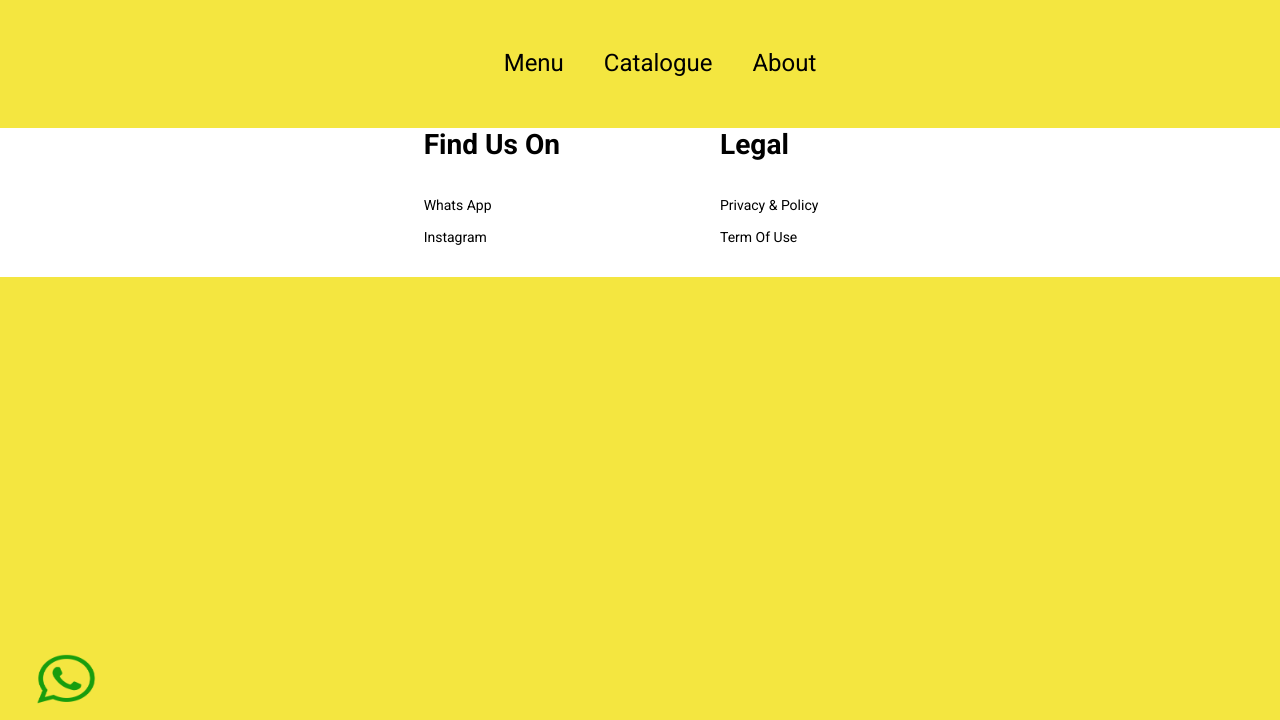
Repository: Fauzaanmhmd/Skripsi
Page: /about
The author's editor kept a copy of each file at every save. The page is drawn from the files as they stood at one save, then again after the next save.
The browser window is 1280 px wide. The pictures show the whole page.
The project was rebuilt for these pictures with package versions that can differ from the ones it lists, and the page was loaded fresh each time. The framework's server and built-in components were replaced by stand-ins that run in the browser. Also part of the build but not shown: next.config.js, components/background.js.

Above is the page before, as saved 2021-06-01 09:17:23.

### pages/about/index.js
import Layout from "../../components/Layout"

export default function About({ recipes }) {
    return (
        <Layout>
        </Layout>

    )
}

### styles/globals.css
@import url('https://fonts.googleapis.com/css2?family=Roboto:ital,wght@0,100;0,300;0,400;0,500;0,700;0,900;1,100;1,300;1,400;1,500;1,700;1,900&display=swap');

body {
  background: #F4E640;
  margin: 0;
  font-family: 'Roboto';
  font-size: 1.5em;
}
.layout {
  min-height: 100vh;
  display: flex;
  flex-direction: column;
}
header {
  text-align: center;
}
header a {
  text-decoration: none;
  color: black;
  text-transform: uppercase;
  display: inline-block;
}
header h1, header h2 {
  margin: 0;
}
header span {
  display: block;
  line-height: 1em;
}
header span:first-child {
  font-size: 1em;
  font-weight: 400;
}
header span:last-child {
  font-size: 1.5em;
  font-weight: 800;
}
header h2 {
  font-size: 1.2em;
  font-weight: 400;
}

.page-content {
  max-width: 1200px;
  margin: 20px auto 80px;
  padding: 0 20px;
  width: 100%;
  box-sizing: border-box;
}

ul{
  list-style-type: none;
  display: flex;
}

.ul_foot {
  display: flex;
  flex-direction: column;
  width: 100%;
}

.socmed {
  display: fixed;
  flex-direction: column;
  bottom: 0;
  left: 0;

}

.ul_foot > li {
  border-bottom: none;
}

.ul_foot >li:hover {
  border-bottom: none;
}
li {
  margin: 20px;
  cursor: pointer;
  border-bottom: 2px solid #F4E640;
}
li:hover {
background-color: transparent;
border-bottom: 2px solid black;
}
.navimg{
  position: absolute;
  left: 20px;
}
.zoom:hover {
  -ms-transform: scale(1.5); /* IE 9 */
  -webkit-transform: scale(1.5); /* Safari 3-8 */
  transform: scale(1.5);
  transition: transform .9s;
}

img {
  width: 550px;
  height: 380px;
  margin: 10px 0 0 0;
  padding: 10px 20px 0px 20px;
  display: flex;
  justify-content: center;
  align-items: center;
  position: relative;
  cursor: pointer;
}

img:hover {
  -ms-transform: scale(1.1); /* IE 9 */
  -webkit-transform: scale(1.1); /* Safari 3-8 */
  transform: scale(1.1);
  transition: transform .9s;
}

.image {
  display: grid;
  grid-template-columns: repeat(2,minmax(0,1fr));
  grid-gap: 5rem;
}

.img_product{
  width: 550px;
  height: 380px;
  margin: auto;
  margin-top: 150px;
  padding: 10px 20px 0px 20px;
  display: flex;
  justify-content: center;
  align-items: center;
  position: relative;
  cursor: pointer;
}

.button {
  cursor : pointer;
  margin: 0 30px;
  padding: 0 20px;
  width: 100px;
}

.button {
  cursor: pointer;
  border-bottom-width: 2px;
  background-color: #4CAF50;
  color: white;
  padding: 12px 20px;
  border: none;
  border-radius: 4px;
  cursor: pointer;
  float: center;
}

.img-bg {
  display: flex;
  background-color: white;
  flex-direction: column;
  justify-content: center;
  align-items: center;
  width: 65%;
  height: 150px;
  margin: -30px 130px 40px 130px;
  grid-template-columns: repeat(2,minmax(0,1fr));
}

.zoom-dropdown:hover {
  -ms-transform: scale(1.5); /* IE 9 */
  -webkit-transform: scale(1.5); /* Safari 3-8 */
  transform: scale(1.5);
  transition: transform .9s;
}

.zoom_wrapper {
  margin-top: 120px;
  width: 100%;
  text-align: center;
}

.form_catalogue {
  display: flex;
  background-color: white;
  flex-direction: column;
  justify-content: center;
  align-items: center;
  width: 100%;
  height: auto;
  margin: 20px 130px 140px 0px;
  border-radius: 20px;
}

section {
  background-color: white;
  padding: 1rem 1rem;
  border-radius: 20px;
}
.input-field {
  background:rgba(255,255,255,0.1);
  margin-bottom:10px;
  margin-top:3px;
  line-height:1.5em;
  font-size:20px;
  font-size:1.3rem;
  border:none;
  padding:5px 10px 5px 10px;
  color:black;
  box-sizing:border-box;
  width:100%;
  margin-left:auto;
  margin-right:auto;
}

* {
  box-sizing: border-box;
}

input[type=text], select, textarea {
  width: 100%;
  padding: 12px;
  border: 1px solid #ccc;
  border-radius: 4px;
  resize: vertical;
}

label {
  padding: 12px 12px 12px 0;
  display: inline-block;
}

input[type=submit] {
  background-color: #4CAF50;
  color: white;
  padding: 12px 20px;
  border: none;
  border-radius: 4px;
  cursor: pointer;
  float: right;
}

input[type=submit]:hover {
  background-color: #45a049;
}

.container {
  border-radius: 5px;
  background-color: #f2f2f2;
  padding: 20px;
}

.col-25 {
  float: left;
  width: 25%;
  margin-top: 6px;
}

.col-75 {
  float: left;
  width: 75%;
  margin-top: 6px;
}

/* Clear floats after the columns */
.row:after {
  content: "";
  display: table;
  clear: both;
}

.form {
  text-align: center;
  margin-top: 130px;
}

.form_button {
  border-bottom-width: 2px;
  background-color: #4CAF50;
  color: white;
  padding: 12px 20px;
  border: none;
  border-radius: 4px;
  cursor: pointer;
  float: right;
}

.swal-title {
  margin: 0px;
  font-size: 16px;
  box-shadow: 0px 1px 1px rgba(0, 0, 0, 0.21);
  margin-bottom: 28px;
}


.navbar {
  display: flex;
  justify-content: center;
  padding: 5px 20px;
  align-items: center;
  background-color: #F4E640;
  flex-direction: column-reverse;
  position: fixed;
  z-index: 999;
  width: 100%;
}

/* footer {
  background: white;
  color: black;
  padding: 40px;
  text-align: center;
  display: flex;
  align-items: center;
  width: 100%;
  justify-content: space-around
} */
footer {
  display: flex;
  justify-content: center;
  background-color: white;
}

.footer_inner {
  display: grid;
  grid-template-columns: repeat(2, minmax(0, 1fr));
  grid-gap: 10rem;
}

.footer_list{
  display: flex;
  flex-direction: column;
  padding-left: 0;
}

.footer_listItem {
  margin: .5rem 0;
  font-size: 14px;
  border-bottom: none;
}

.footer_list a {
  text-decoration: none;
  color: black;
}
.icon_wa {
  position: fixed;
  z-index: 99999;
  bottom: 16px;
  left: 16px;
}

.icon_waImg {
  height: 60px;
  width: 100px;
  background-color: transparent;
}

.content a {
  background-color: #45a049;
  padding: 10px 20px;
  border-radius: 30px;
  color: black;
  text-decoration: none;
  width: fit-content;
}

.content {
  float: left;
  padding: 10px;
  text-decoration: none;
}

.socmed a {
  margin: 10px;
}

.modal {
  display: flex;
  justify-content: center;
  align-items: center;
  position: fixed;
  top: 0;
  right: 0;
  bottom: 0;
  background-color: #0000009c;
  left: 0;
  z-index: 1000;
}

.modal_container{
  width: 500px;
  height: 100px;
  padding-left: -5px;
  background-color: white;
  border-radius: 6px;
  position: relative;
  text-align: center;
  padding-top: 15px;
  padding-right: 60px;
  font-size: 22px;
}

.button_click {
  position: absolute;
  top: 1rem;
  right: 2rem;
  cursor: pointer;
}

.fa-check-square:before {
  position: relative;
  right: 0;
  content: "\f14a";
  font-size: 60px;
  color: #45a049;
}

.background {
  display: flex;
  padding: 20px 20px;
}

.background_judul {
  display: flex;
  justify-content: center;
  align-items: center;
  width: 50%;
}

.bg_img {
  margin-top: 100px;
  width: 99vw;
  position: relative;
}

.bg_text {
  background-color: transparent;
}

@media screen and (max-width: 765px) {
  .image {
    grid-template-columns: repeat(1,minmax(0,1fr));
    grid-gap: 5rem;
  }
  .footer_inner {
  grid-template-columns: repeat(1, minmax(0, 1fr));
  grid-gap: 10rem;
  }

  .img {
    width: 225px;
    height: 190px;
  }

  .image_wrapper {
    display: flex;
    align-items: center;
    justify-content: center;
    flex-direction: column;
  }

  .bg_img {
    width: 100vw;
    height: auto;
    display: flex;
    align-items: center;
    justify-content: center;
  }
}

.admin {
  display: flex;
  width: 100px;
  height: 40px;
  background-color: #4CAF50;
}

### components/Layout.js
import Link from 'next/link'
import Navbar from './Navbar'
import Background from './background'

export default function Layout({ children, withBackground, judul }) {

  return (
    <div className="layout">
      <header>
        <Navbar />
      </header>

      {
        withBackground &&
        <>
          <Background />
          {
            judul
          }
        </>
      }

      <div className="page-content">
        {children}
      </div>

      <footer>
        <div className="footer_inner">
          <div className="footer_item">
            <h3>Find Us On</h3>
            <ul className="footer_list">
              <a target="blank" href="https://wa.link/74wpl7">
                <li className="footer_listItem">Whats App</li>
              </a>
              <a target="blank" href="http://www.instagram.com/fauzaan.mhmd/">
                <li className="footer_listItem">Instagram</li>
              </a>
            </ul>
          </div>
          <div className="footer_item">
            <h3>Legal</h3>
            <ul className="footer_list">
              <Link href={`/catalogue/privacypolicy`}>
                <li className="footer_listItem">Privacy & Policy</li>
              </Link>
              <Link href={`/catalogue/termofuse`}>
                <li className="footer_listItem">Term Of Use</li>
              </Link>
            </ul>
          </div>
        </div>
        <div className="icon_wa">
          <a target="blank" href="https://wa.link/74wpl7">
            <img className="icon_waImg" src="/img/wa.png" alt="" />
          </a>
        </div>
      </footer>
    </div >
  )
}

### components/Navbar.js
import Link from 'next/link'

const Navbar = props => {
    return (
        <div className="navbar">
            <ul className="navbar_menu">
                <Link href="/">
                    <li className="zoom">Menu</li>
                </Link>
                <Link href="/catalogue">
                    <li className="zoom-dropdown">Catalogue</li>
                </Link>
                <Link href="/about">
                    <li className="zoom">About</li>
                </Link>
            </ul>
        </div>
    )
}

export default Navbar

Loaded but not shown: pages/_app.js (common file)

After the next save:
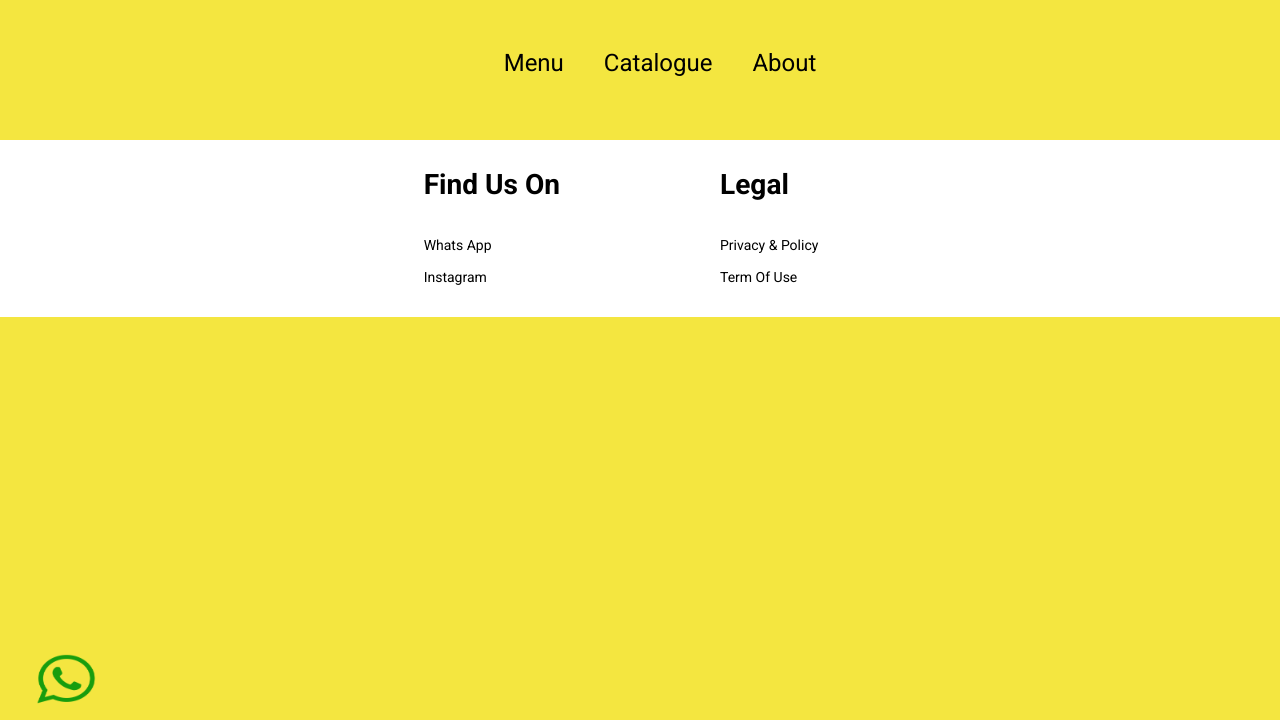
Saved 37 s later.
--- a/pages/about/index.js
+++ b/pages/about/index.js
@@ -3,6 +3,9 @@
 export default function About({ recipes }) {
     return (
         <Layout>
+            <div className="admin">
+
+            </div>
         </Layout>
 
     )
